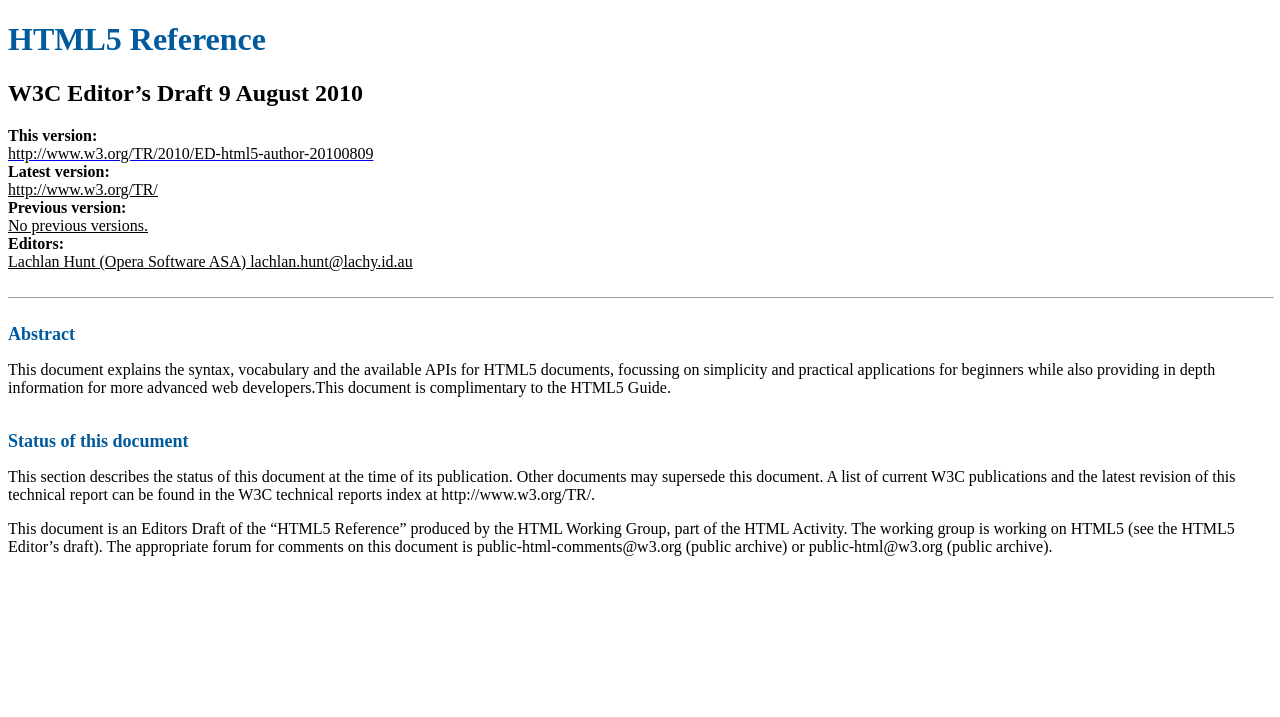
Repository: Hwang-97/HhwDesktop
Page: client/ClientTest/src/main/webapp/html/question/list/q1.html
The author's editor kept a copy of each file at every save. The page is drawn from the files as they stood at one save, then again after the next save.
The browser window is 1280 px wide. The pictures show the whole page.

Above is the page before, as saved 2021-12-09 10:57:39.

After the next save:
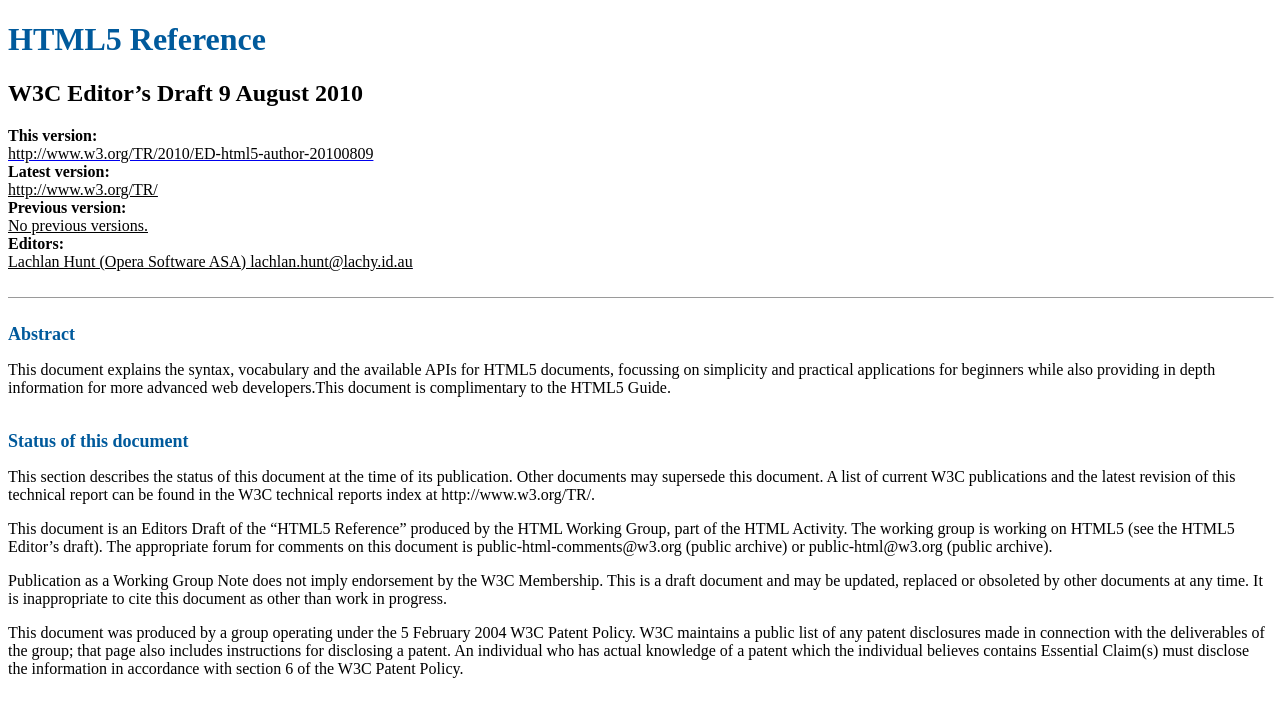
Saved 69 s later.
--- a/client/ClientTest/src/main/webapp/html/question/list/q1.html
+++ b/client/ClientTest/src/main/webapp/html/question/list/q1.html
@@ -36,7 +36,8 @@
 <font color = "005A9C" size ="4"><b>Status of this document</b></font><br>
 <p>This section describes the status of this document at the time of its publication. Other documents may supersede this document. A list of current W3C publications and the latest revision of this technical report can be found in the W3C technical reports index at http://www.w3.org/TR/.</p>
 <p>This document is an Editors Draft of the “HTML5 Reference” produced by the HTML Working Group, part of the HTML Activity. The working group is working on HTML5 (see the HTML5 Editor’s draft). The appropriate forum for comments on this document is public-html-comments@w3.org (public archive) or public-html@w3.org (public archive).</p>
-
+<p>Publication as a Working Group Note does not imply endorsement by the W3C Membership. This is a draft document and may be updated, replaced or obsoleted by other documents at any time. It is inappropriate to cite this document as other than work in progress.</p>
+<p>This document was produced by a group operating under the 5 February 2004 W3C Patent Policy. W3C maintains a public list of any patent disclosures made in connection with the deliverables of the group; that page also includes instructions for disclosing a patent. An individual who has actual knowledge of a patent which the individual believes contains Essential Claim(s) must disclose the information in accordance with section 6 of the W3C Patent Policy.</p>
 
 </body>
 </html>
